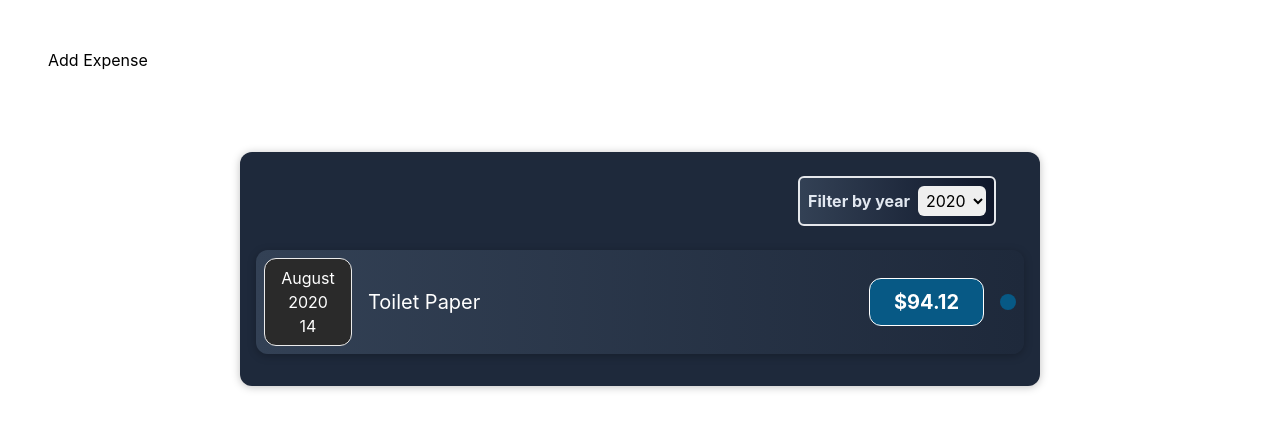
Repository: Sef24/expense-tracker
Page: /
The author's editor kept a copy of each file at every save. The page is drawn from the files as they stood at one save, then again after the next save.
The browser window is 1280 px wide. The pictures show the whole page.
The project was rebuilt for these pictures with package versions that can differ from the ones it lists, and the page was loaded fresh each time. Also part of the build but not shown: src/components/NewExpense/NewExpense.css, src/components/NewExpense/ExpenseForm.css, src/components/NewExpense/ExpenseForm.js.

Above is the page before, as saved 2022-05-03 16:30:17.

### public/index.html
<!DOCTYPE html>
<html lang="en">
  <head>
    <meta charset="utf-8" />
    <link rel="icon" href="%PUBLIC_URL%/favicon.ico" />
    <meta name="viewport" content="width=device-width, initial-scale=1" />

    <meta
      name="description"
      content="Web site created using create-react-app"
    />
    <link rel="apple-touch-icon" href="%PUBLIC_URL%/logo192.png" />
    <!--
      manifest.json provides metadata used when your web app is installed on a
      user's mobile device or desktop. See https://developers.google.com/web/fundamentals/web-app-manifest/
    -->
    <link rel="manifest" href="%PUBLIC_URL%/manifest.json" />
    <!--
      Notice the use of %PUBLIC_URL% in the tags above.
      It will be replaced with the URL of the `public` folder during the build.
      Only files inside the `public` folder can be referenced from the HTML.

      Unlike "/favicon.ico" or "favicon.ico", "%PUBLIC_URL%/favicon.ico" will
      work correctly both with client-side routing and a non-root public URL.
      Learn how to configure a non-root public URL by running `npm run build`.
    -->
    <title>React App</title>
  </head>
  <body>
    <noscript>You need to enable JavaScript to run this app.</noscript>
    <div id="root"></div>
    <!--
      This HTML file is a template.
      If you open it directly in the browser, you will see an empty page.

      You can add webfonts, meta tags, or analytics to this file.
      The build step will place the bundled scripts into the <body> tag.

      To begin the development, run `npm start` or `yarn start`.
      To create a production bundle, use `npm run build` or `yarn build`.
    -->
  </body>
</html>

### src/App.js
import Expenses from "./components/Expenses";
import NewExpense from "./components/NewExpense/NewExpense";
import { useState } from "react";

const DUMMY_DATA = [
  {
    id: "e1",
    title: "Toilet Paper",
    amount: 94.12,
    date: new Date(2020, 7, 14),
  },
  { id: "e2", title: "New TV", amount: 799.49, date: new Date(2021, 2, 12) },
  {
    id: "e3",
    title: "Car Insurance",
    amount: 294.67,
    date: new Date(2021, 2, 28),
  },
  {
    id: "e4",
    title: "New Desk (Wooden)",
    amount: 450,
    date: new Date(2021, 5, 12),
  },
];

function App() {
  const [expenses, setExpenses] = useState(DUMMY_DATA);

  const addExpenseHandler = (expense) => {
    setExpenses((prevExpenses) => {
      return [expense, ...prevExpenses];
    });
  };
  return (
    <div>
      <div>
        <NewExpense onAddExpense={addExpenseHandler} />
        <Expenses items={expenses} />
      </div>
    </div>
  );
}

export default App;

### src/components/Expenses.js
import React, { useState } from "react";
import ExpenseItem from "./ExpenseItem";
import "./Expenses.css";
import ExpensesList from "./ExpensesList";
import ExpensesFilter from "./NewExpense/ExpensesFilter";

function Expenses(props) {
  const [filteredYear, setFilteredYear] = useState("2020");

  const filterChangeHandler = (selectedYear) => {
    setFilteredYear(selectedYear);
  };

  const filteredExpenses = props.items.filter((expense) => {
    return expense.date.getFullYear().toString() === filteredYear;
  });

  return (
    <div>
      <div className="expenses  bg-slate-800 ... ">
        <ExpensesFilter
          selected={filteredYear}
          onChangeFilter={filterChangeHandler}
        />
        <ExpensesList items={filteredExpenses} />
      </div>
    </div>
  );
}

export default Expenses;

### src/components/NewExpense/NewExpense.js
import React from "react";
import "./NewExpense.css";
import ExpenseForm from "./ExpenseForm";
import { useState } from "react";

function NewExpense(props) {
  const [isEditing, setIsEditing] = useState(false);

  const saveExpenseDataHandler = (enteredExpenseData) => {
    const expenseData = {
      ...enteredExpenseData,
      id: Math.random().toString(),
    };

    props.onAddExpense(expenseData);
    setIsEditing(false);
  };

  const startEditingHandler = () => {
    setIsEditing(true);
  };

  const stopEditingHandler = () => {
    setIsEditing(false);
  };

  return (
    <div className="flex w-full p-6 items-center">
      {!isEditing && (
        <button
          onClick={startEditingHandler}
          className="flex w-full p-6 items-center"
        >
          Add Expense
        </button>
      )}
      {isEditing && (
        <ExpenseForm
          onSaveExpenseData={saveExpenseDataHandler}
          onCancel={stopEditingHandler}
        />
      )}
    </div>
  );
}

export default NewExpense;

### src/components/ExpenseItem.js
import React, { useState } from "react";
import "./ExpenseItem.css";
import ExpenseDate from "./ExpenseDate";

function ExpenseItem(props) {
  const [title, setTitle] = useState(props.title);

  const clickHandler = () => {
    setTitle("Updated");
    console.log(title);
  };

  return (
    <li>
      <div className="expense-item bg-gradient-to-r  from-slate-700  to-slate-800 ... border-x-cyan-100 ">
        <ExpenseDate date={props.date} />

        <div className="expense-item__description">
          <h2>{props.title}</h2>

          <div className="expense-item__price bg-sky-800">${props.amount}</div>
        </div>
        <button
          className="p-2 ml-4 border-transparent rounded-full border-0
        bg-sky-800 font-bold text-slate-50"
          onClick={clickHandler}
        ></button>
      </div>
    </li>
  );
}

export default ExpenseItem;

### src/components/Expenses.css
.expenses {
  padding: 1rem;

  margin: 2rem auto;
  width: 50rem;
  max-width: 95%;
  border-radius: 12px;
  box-shadow: 0 1px 8px rgba(0, 0, 0, 0.25);
}

### src/components/ExpensesList.js
import React from "react";

import ExpenseItem from "./ExpenseItem";

const ExpensesList = (props) => {
  if (props.items.length === 0) {
    return (
      <h2 className="text-white font-extrabold text-xl flex items-center justify-center">
        Found no expenses...
      </h2>
    );
  }

  return (
    <ul>
      {props.items.map((expense) => (
        <ExpenseItem
          key={expense.id}
          id={expense.id}
          title={expense.title}
          amount={expense.amount}
          date={expense.date}
        />
      ))}
    </ul>
  );
};

export default ExpensesList;

### src/components/NewExpense/ExpensesFilter.js
import React from "react";

const ExpensesFilter = (props) => {
  const dropdownChangeHandler = (event) => {
    props.onChangeFilter(event.target.value);
  };
  return (
    <div className="">
      <div className="flex justify-end p-2 mr-5 ">
        <div
          className="border-2  rounded-md border-inherit p-2 ml-6
        bg-gradient-to-r from-slate-700 to-slate-900 ..."
        >
          <label className="text-slate-200 font-bold mr-2">
            Filter by year
          </label>
          <select
            value={props.selected}
            onChange={dropdownChangeHandler}
            className="rounded-md p-1"
          >
            <option value="2022">2022</option>
            <option value="2021">2021</option>
            <option value="2020">2020</option>
            <option value="2019">2019</option>
          </select>
        </div>
      </div>
    </div>
  );
};

export default ExpensesFilter;

### src/components/ExpenseItem.css
.expense-item {
  display: flex;
  justify-content: space-between;
  align-items: center;
  box-shadow: 0 2px 8px rgba(0, 0, 0, 0.25);
  padding: 0.5rem;
  margin: 1rem 0;
  border-radius: 12px;
}

.expense-item__description {
  display: flex;
  flex-direction: column;
  gap: 1rem;
  align-items: flex-end;
  flex-flow: column-reverse;
  justify-content: flex-start;
  flex: 1;
}

.expense-item h2 {
  color: #3a3a3a;
  font-size: 1rem;
  flex: 1;
  margin: 0 1rem;
  color: white;
}

.expense-item__price {
  font-size: 1rem;
  font-weight: bold;
  color: white;

  border: 1px solid white;
  padding: 0.5rem;
  border-radius: 12px;
}

@media (min-width: 580px) {
  .expense-item__description {
    flex-direction: row;
    align-items: center;
    justify-content: flex-start;
    flex: 1;
  }

  .expense-item__description h2 {
    font-size: 1.25rem;
  }

  .expense-item__price {
    font-size: 1.25rem;
    padding: 0.5rem 1.5rem;
  }
}

### src/components/ExpenseDate.js
import React from "react";
import "./ExpenseDate.css";

function ExpenseDate(props) {
  const month = props.date.toLocaleString("en-US", { month: "long" });
  const day = props.date.getDate();
  const year = props.date.getFullYear();

  return (
    <div className="expense-date">
      <div className="expense__month">{month}</div>
      <div className="expense__year">{year}</div>
      <div className="expense__day">{day}</div>
    </div>
  );
}

export default ExpenseDate;

Loaded but not shown: src/index.js (common file); src/index.css (common file); src/components/ExpenseDate.css (common file); tailwind.config.js (common file)

After the next save:
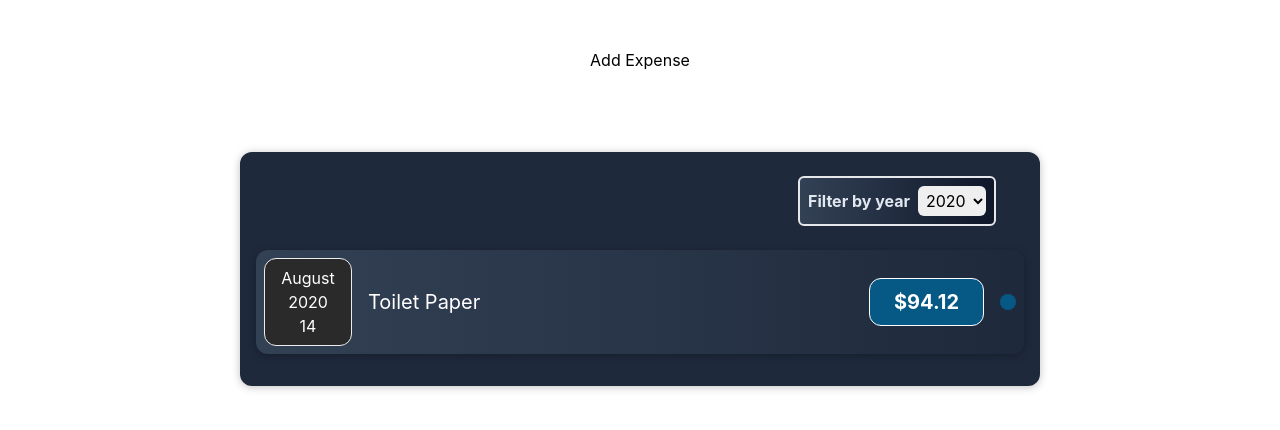
Saved 7 s later.
--- a/src/components/NewExpense/NewExpense.js
+++ b/src/components/NewExpense/NewExpense.js
@@ -29,7 +29,7 @@ function NewExpense(props) {
       {!isEditing && (
         <button
           onClick={startEditingHandler}
-          className="flex w-full p-6 items-center"
+          className="flex w-full p-6 items-center justify-center"
         >
           Add Expense
         </button>
